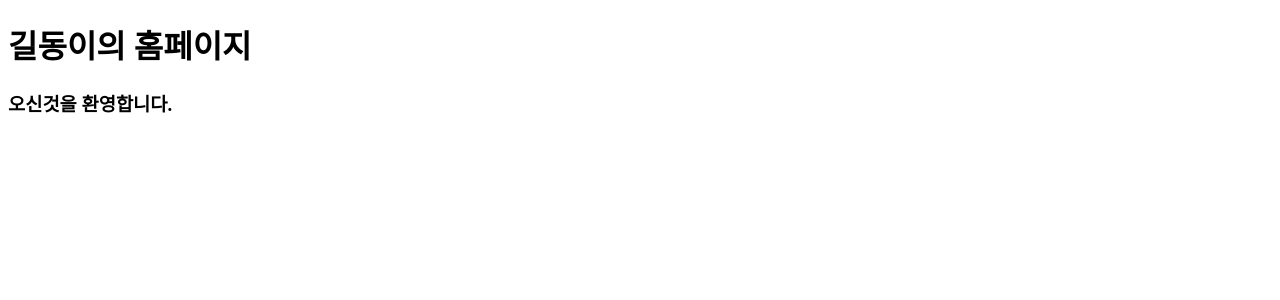
Repository: Parkdolodong/Backend
Page: http://localhost/jsp_servlet_ex01/
The author's editor kept a copy of each file at every save. The page is drawn from the files as they stood at one save, then again after the next save.
The browser window is 1280 px wide. The pictures show the whole page.
The page is served by Tomcat 9.

Above is the page before, as saved 2023-02-27 01:15:22.

After the next save:
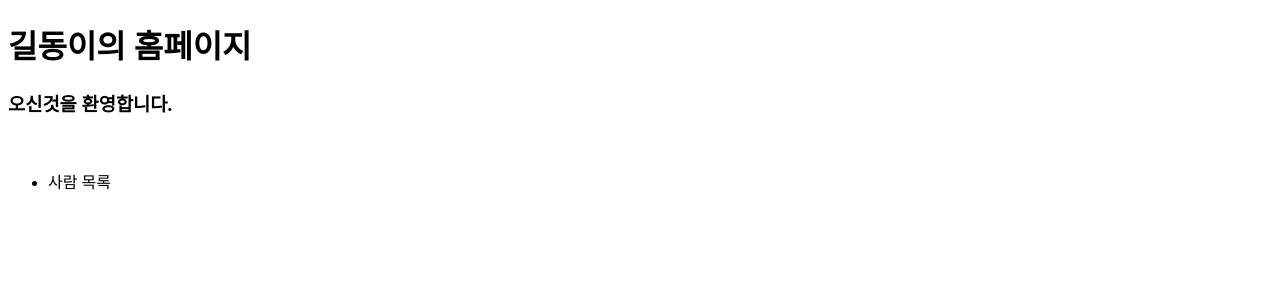
Saved 9 min 14 s later.
--- a/jsp_servlet/jsp_servlet_ex01/webapp/index.jsp
+++ b/jsp_servlet/jsp_servlet_ex01/webapp/index.jsp
@@ -9,6 +9,10 @@
 <body>
 	<h1>길동이의 홈페이지</h1>
 	<h3>오신것을 환영합니다.</h3>
+	<br/>
+	<ul>
+		<li>사람 목록</li>
+	</ul>
 	<!--
 	[JSP에서 젠코딩 가능하게 하려면]
 	1. marketplace에서 emmet 검색 및 설치
